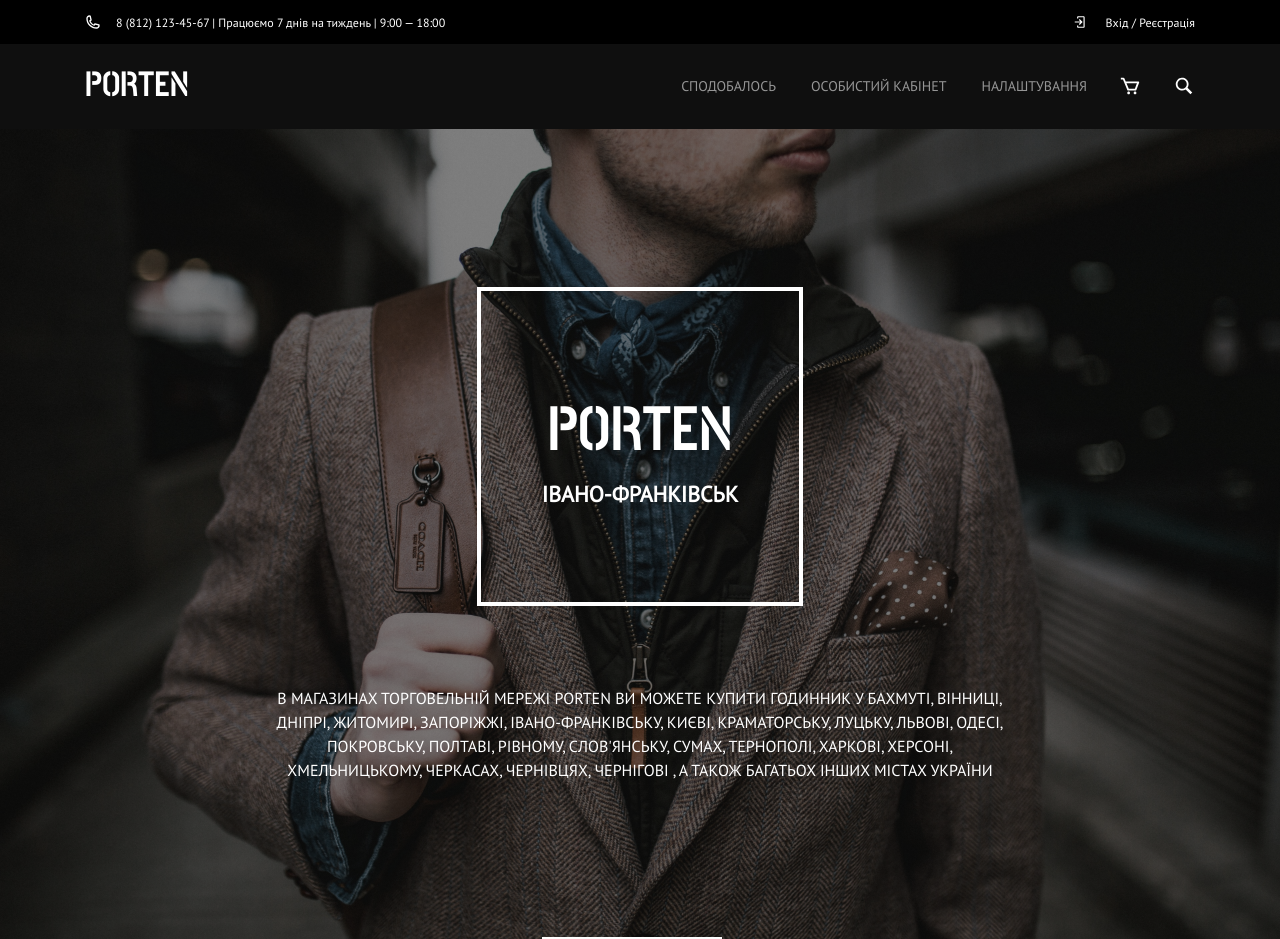
Repository: KYUUBI-K/porten
Page: index.html
The author's editor kept a copy of each file at every save. The page is drawn from the files as they stood at one save, then again after the next save.
The browser window is 1280 px wide. The pictures show the whole page.

Above is the page before, as saved 2025-09-09 21:34:39.

After the next save:
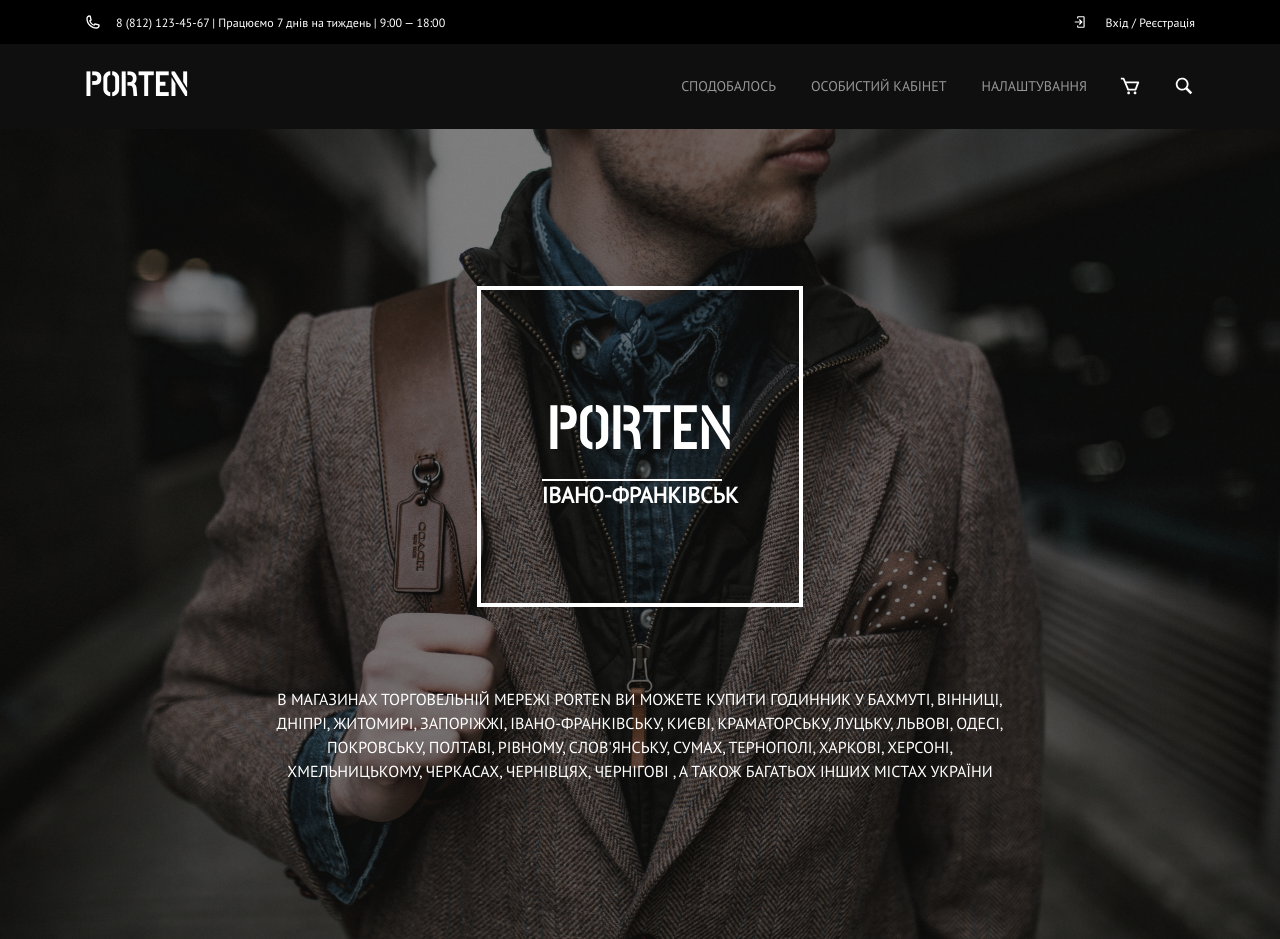
Saved 19 s later.
--- a/styles.css
+++ b/styles.css
@@ -156,9 +156,6 @@
   width: 180px; /* довжина лінії */
   height: 2px;
   background: white;
-  margin: 0 auto; /* центрує */
-  position: absolute;
-  bottom: 0;
 }
 
 .banner-subtitle {
